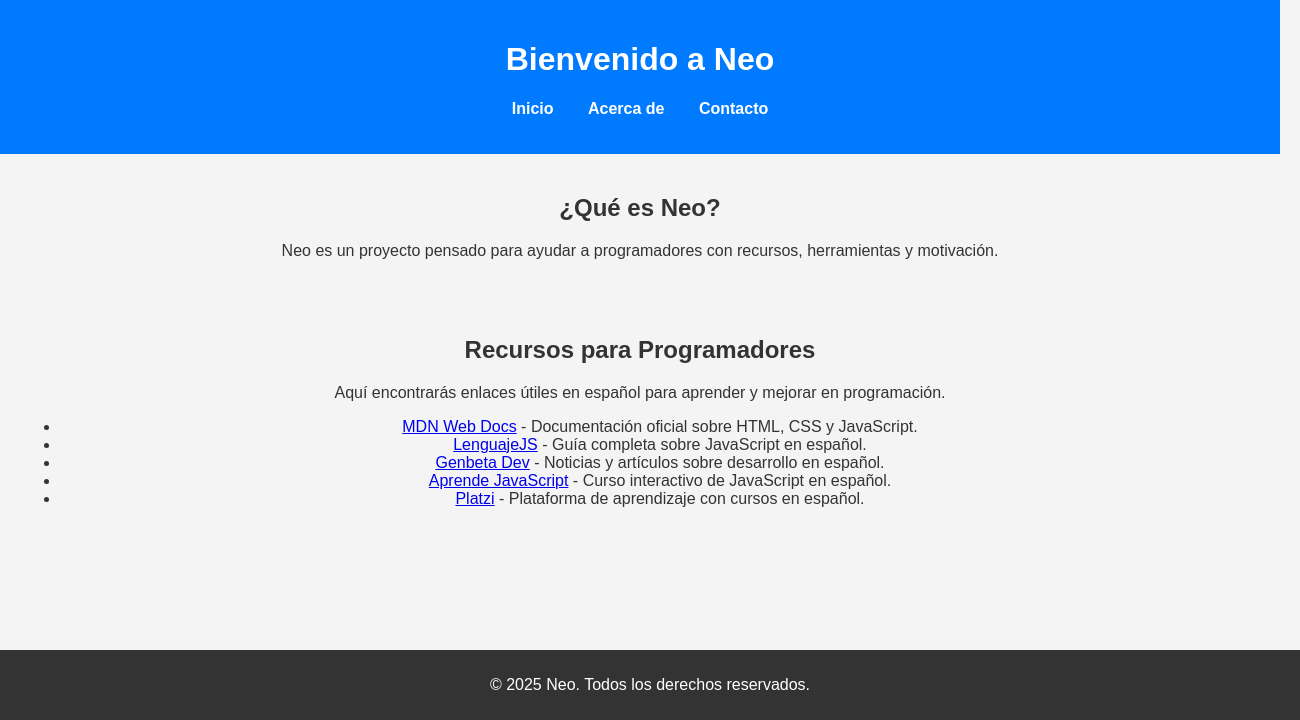
Repository: TapZc/getya_proyect
Page: index.html
These files come from the project's save history. The page is drawn as it stood at one moment and after the next save; the edit follows.
The browser window is 1280 px wide. The page is 1300 px wide, so the pictures cover 1300 px, including what lies to the right of the window. The pictures show the whole page.

Above is the page before, as saved 2025-02-21 07:04:59.

### index.html
<!DOCTYPE html>
<html lang="es">
<head>
    <meta charset="UTF-8">
    <meta name="viewport" content="width=device-width, initial-scale=1.0">
    <title>Neo</title>
    <link rel="stylesheet" href="styles.css">
</head>
<body>
    <header>
        <h1>Bienvenido a Neo</h1>
        <nav>
            <ul>
                <li><a href="#">Inicio</a></li>
                <li><a href="#">Acerca de</a></li>
                <li><a href="#">Contacto</a></li>
            </ul>
        </nav>
    </header>

    <section>
        <h2>¿Qué es Neo?</h2>
        <p>Neo es un proyecto pensado para ayudar a programadores con recursos, herramientas y motivación.</p>
    </section>

    <section>
        <h2>Recursos para Programadores</h2>
        <p>Aquí encontrarás enlaces útiles en español para aprender y mejorar en programación.</p>
        <ul>
            <li><a href="https://developer.mozilla.org/es/" target="_blank">MDN Web Docs</a> - Documentación oficial sobre HTML, CSS y JavaScript.</li>
            <li><a href="https://lenguajejs.com/" target="_blank">LenguajeJS</a> - Guía completa sobre JavaScript en español.</li>
            <li><a href="https://www.genbeta.com/desarrollo" target="_blank">Genbeta Dev</a> - Noticias y artículos sobre desarrollo en español.</li>
            <li><a href="https://aprendejavascript.org/" target="_blank">Aprende JavaScript</a> - Curso interactivo de JavaScript en español.</li>
            <li><a href="https://platzi.com/" target="_blank">Platzi</a> - Plataforma de aprendizaje con cursos en español.</li>
        </ul>
    </section>


    <footer>
        <p>&copy; 2025 Neo. Todos los derechos reservados.</p>
    </footer>
</body>
</html>

### styles.css
/* Estilos generales */
body {
    font-family: Arial, sans-serif;
    margin: 0;
    padding: 0;
    background-color: #f4f4f4;
    color: #333;
}

/* Encabezado */
header {
    background-color: #007bff;
    color: white;
    text-align: center;
    padding: 20px;
}

/* Navegación */
nav ul {
    list-style: none;
    padding: 0;
}

nav ul li {
    display: inline;
    margin: 0 15px;
}

nav ul li a {
    text-decoration: none;
    color: white;
    font-weight: bold;
}

/* Sección */
section {
    text-align: center;
    padding: 20px;
}

/* Pie de página */
footer {
    background-color: #333;
    color: white;
    text-align: center;
    padding: 10px;
    position: absolute;
    bottom: 0;
    width: 100%;
}

After the next save:
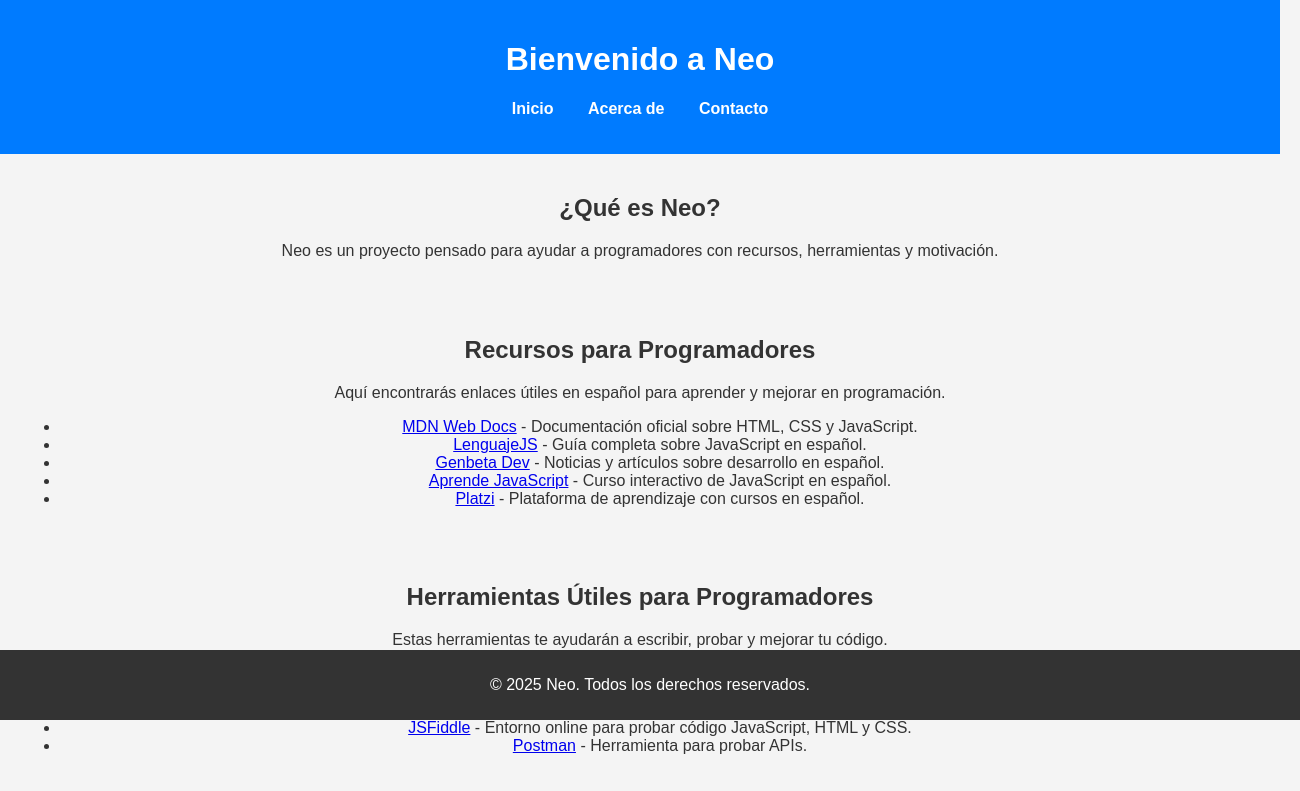
Saved 3 min 40 s later.
--- a/index.html
+++ b/index.html
@@ -35,6 +35,17 @@
         </ul>
     </section>
 
+    <section>
+        <h2>Herramientas Útiles para Programadores</h2>
+        <p>Estas herramientas te ayudarán a escribir, probar y mejorar tu código.</p>
+        <ul>
+            <li><a href="https://code.visualstudio.com/" target="_blank">Visual Studio Code</a> - Editor de código ligero y potente.</li>
+            <li><a href="https://github.com/" target="_blank">GitHub</a> - Plataforma para gestionar proyectos y colaborar en código.</li>
+            <li><a href="https://git-scm.com/" target="_blank">Git</a> - Sistema de control de versiones.</li>
+            <li><a href="https://jsfiddle.net/" target="_blank">JSFiddle</a> - Entorno online para probar código JavaScript, HTML y CSS.</li>
+            <li><a href="https://www.postman.com/" target="_blank">Postman</a> - Herramienta para probar APIs.</li>
+        </ul>
+    </section>
 
     <footer>
         <p>&copy; 2025 Neo. Todos los derechos reservados.</p>
